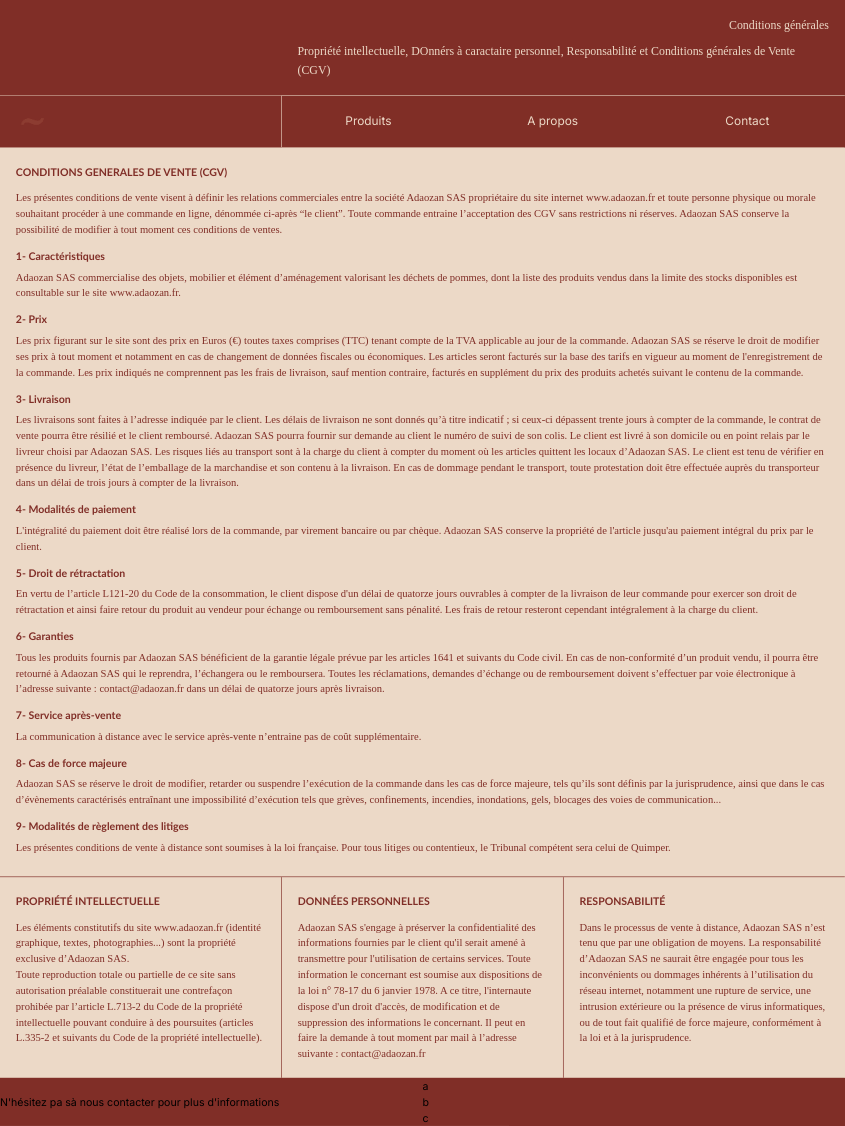
Repository: Neewd/adaozan
Page: /cgv
These files come from the project's save history. The page is drawn as it stood at one moment and after the next save; the edit follows.
The browser window is 1280 px wide. The pictures show the whole page, at 66% of full size.
Some web fonts or font styles are not loaded; a fallback is used. The project was rebuilt for these pictures with package versions that can differ from the ones it lists, and the page was loaded fresh each time. The framework's server and built-in components were replaced by stand-ins that run in the browser. Also part of the build but not shown: next.config.js.

Above is the page before, as saved 2023-08-11 13:34:29.

After the next save:
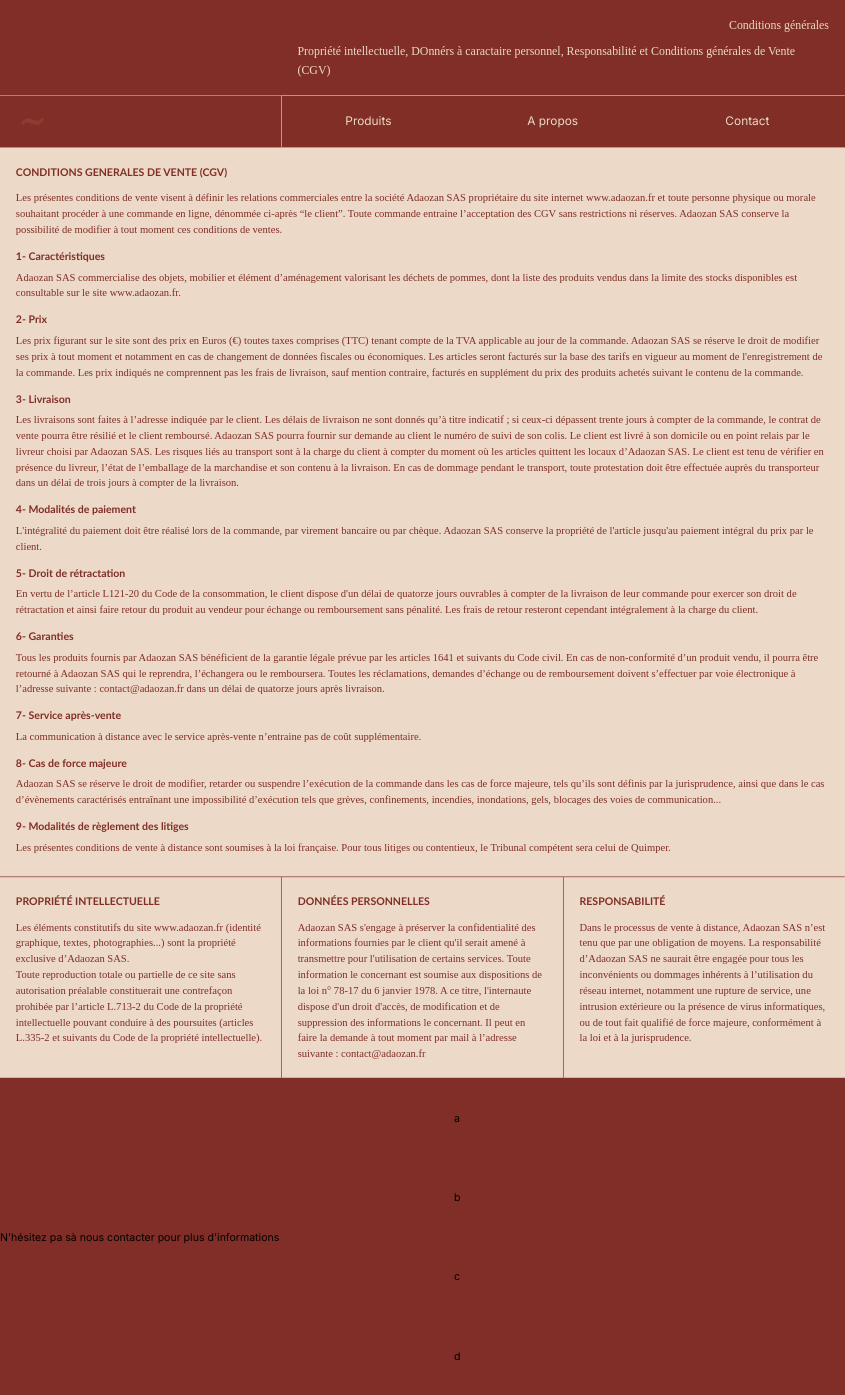
Saved 5 min 2 s later.
--- a/app/components/ContactHero.tsx
+++ b/app/components/ContactHero.tsx
@@ -6,9 +6,18 @@
 				<span>{sentence}</span>
 			</div>
 			<div className="basis-1/2 flex flex-col">
-				<a href="">a</a>
-				<a href="">b</a>
-				<a href="">c</a>
+				<a href="" className="p-12">
+					a
+				</a>
+				<a href="" className="p-12">
+					b
+				</a>
+				<a href="" className="p-12">
+					c
+				</a>
+				<a href="" className="p-12">
+					d
+				</a>
 			</div>
 		</div>
 	);
